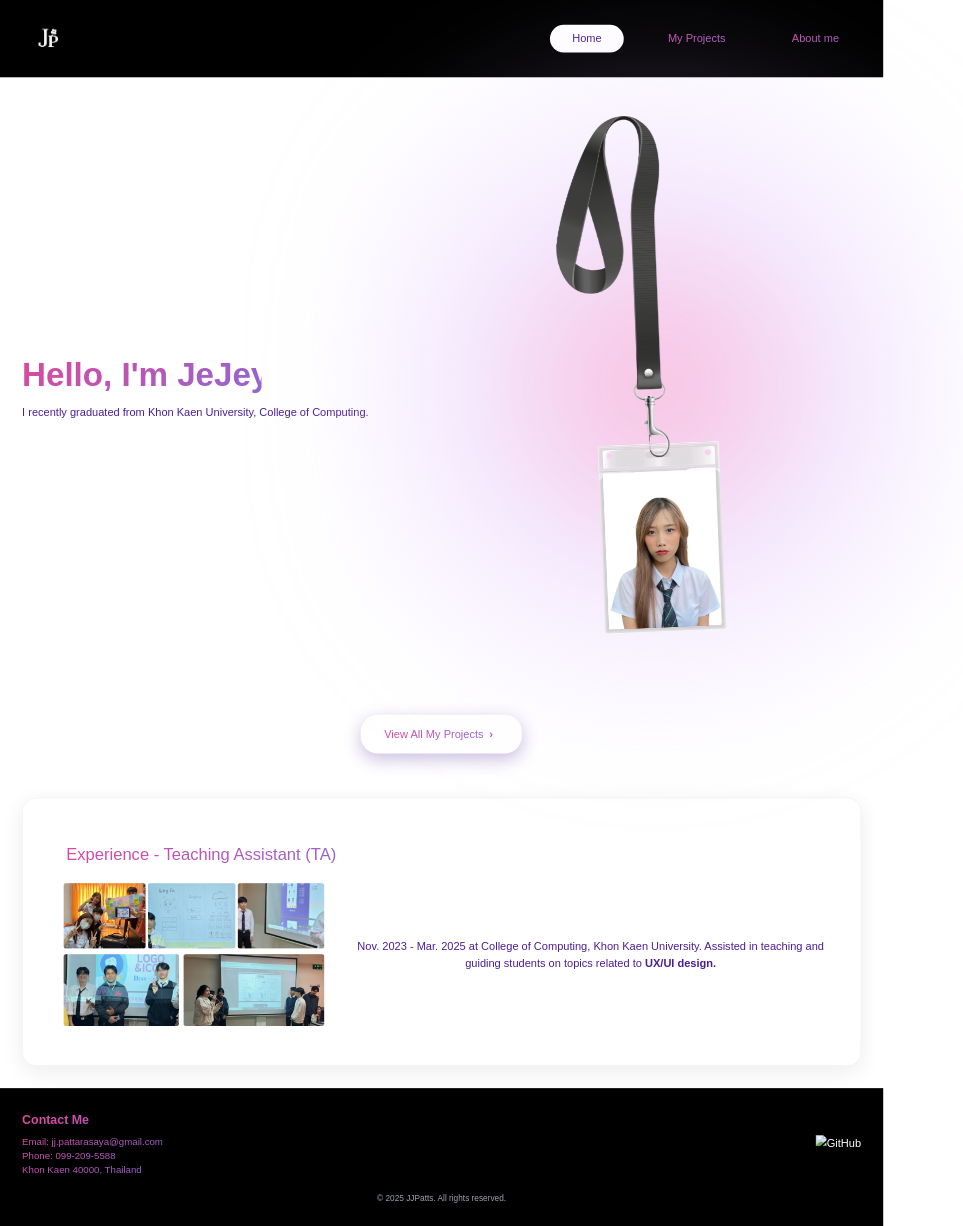
Repository: PattarasayaJJ/Portfolio-jjpatts
Page: /
These files come from the project's save history. The page is drawn as it stood at one moment and after a run of saves; the edit follows.
The browser window is 1280 px wide. The page is 1396 px wide, so the pictures cover 1396 px, including what lies to the right of the window. The pictures show the whole page, at 69% of full size.
The project was rebuilt for these pictures with package versions that can differ from the ones it lists, and the page was loaded fresh each time. Also part of the build but not shown: vite.config.js, vite.config.ts, src/header.css, src/work.css, src/components/Works.jsx, src/components/Aboutme.jsx.

Above is the page before, as saved 2025-08-03 23:44:16.

After the next 2 saves:
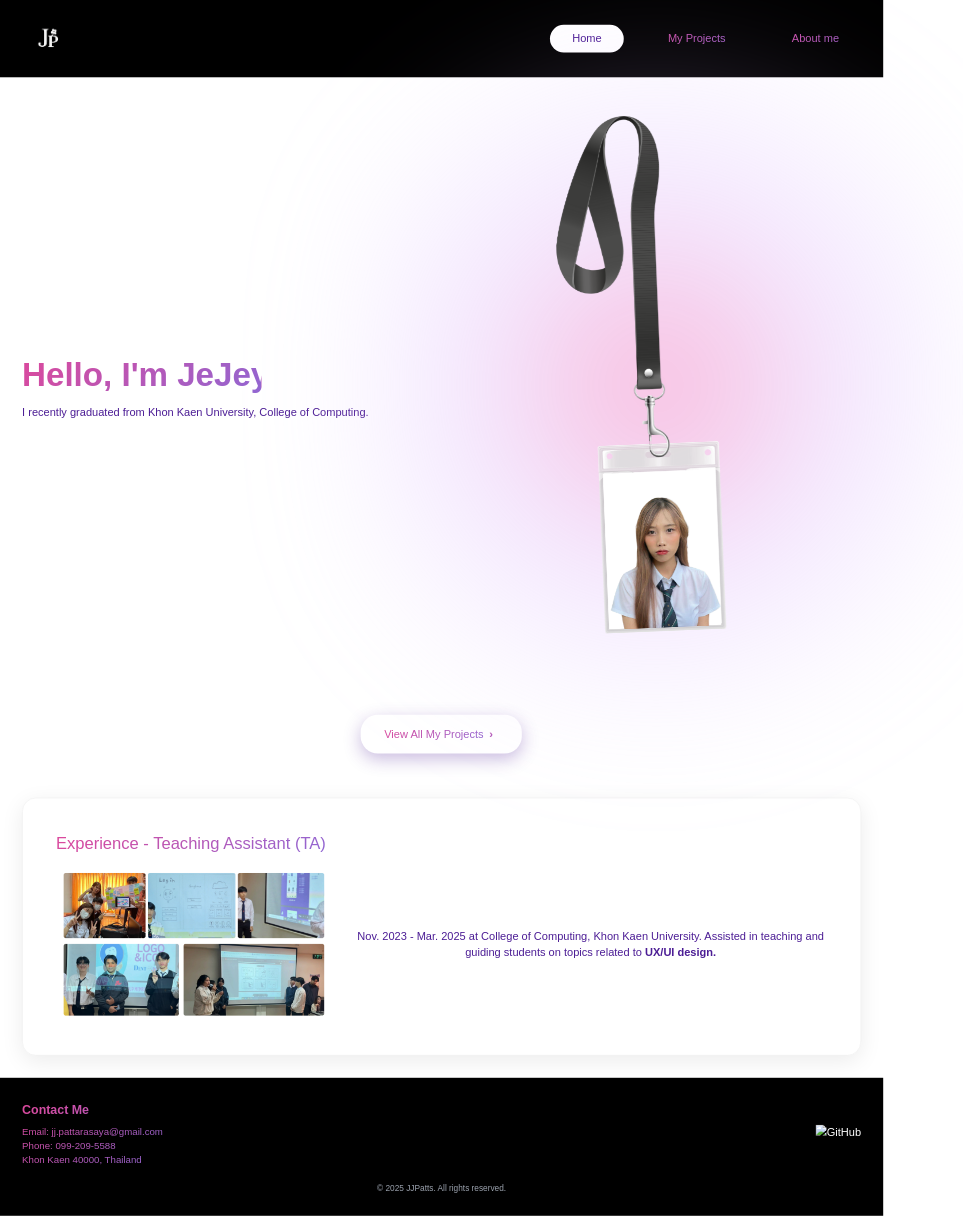
The 2 saves are shown as one change because they came seconds apart.
The last was saved 7 s later.
--- a/src/hero.css
+++ b/src/hero.css
@@ -212,7 +212,7 @@
   background-clip: text;
   display: inline-block;
   font-size: 1.5rem;
-  padding: 15px;
+  margin-bottom: 15px;
 }
 
 
